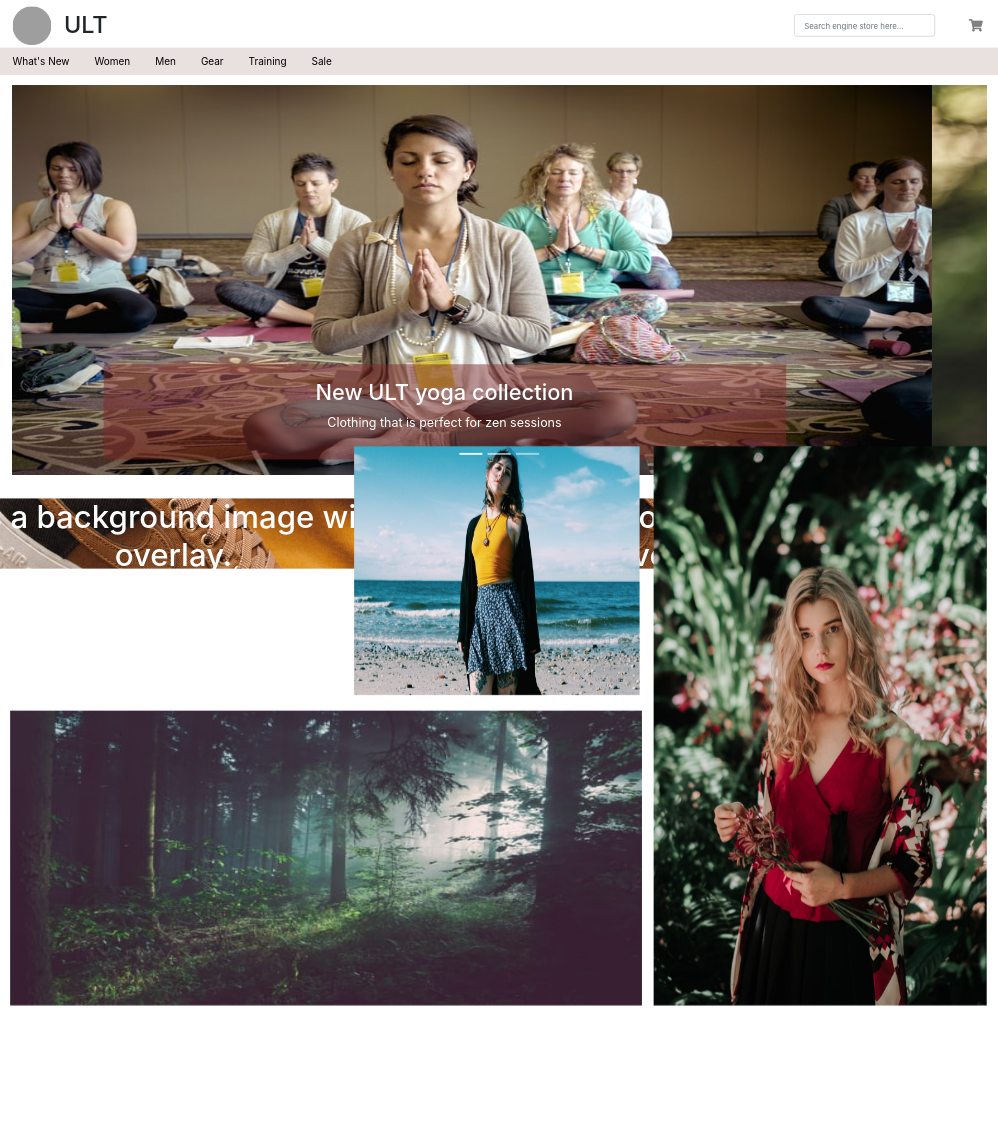
Repository: Ajtheult/Luma-Challenge-Site
Page: /
These files come from the project's save history. The page is drawn as it stood at one moment and after the next save; the edit follows.
The browser window is 1280 px wide. The pictures show the whole page, at 78% of full size.
Pictures or frames that could not be fetched are drawn as grey boxes. The project was rebuilt for these pictures with package versions that can differ from the ones it lists, and the page was loaded fresh each time.

Above is the page before, as saved 2020-08-31 11:53:13.

### public/index.html
<!DOCTYPE html>
<html lang="en">
  <head>
    <meta charset="utf-8" />
    <link rel="icon" href="%PUBLIC_URL%/favicon.ico" />
    <meta name="viewport" content="width=device-width, initial-scale=1" />
    <meta name="theme-color" content="#000000" />
    <meta
      name="description"
      content="Web site created using create-react-app"
    />

    <link rel="manifest" href="%PUBLIC_URL%/manifest.json" />
    <!-- Font Awesome -->
    <link
      rel="stylesheet"
      href="https://use.fontawesome.com/releases/v5.7.2/css/all.css"
      integrity="sha384-fnmOCqbTlWIlj8LyTjo7mOUStjsKC4pOpQbqyi7RrhN7udi9RwhKkMHpvLbHG9Sr"
      crossorigin="anonymous"
    />
    <!-- Font Awesome -->
    <title>E-complete</title>
  </head>
  <body>
    <noscript>You need to enable JavaScript to run this app.</noscript>
    <div id="root"></div>
  </body>
</html>

### src/App.js
import React from "react";

// Imported modules
import { BrowserRouter as Router, Switch, Route } from "react-router-dom";
// Imported modules

// Imported pages
import Home from "./components/layout/pages/Home";
// Imported pages

// Global css
import "./App.css";
// Global css

function App() {
  return (
    <Router>
      <div className="App">
        <Switch>
          <Route exact path="/" component={Home} />
        </Switch>
      </div>
    </Router>
  );
}

export default App;

### src/components/layout/pages/Home.js
import React from "react";
import Navbar from "../nav/Navbar";
import Container from "react-bootstrap/Container";
import Row from "react-bootstrap/Row";
import Col from "react-bootstrap/Col";
import Carousel from "react-bootstrap/Carousel";
// Images
import yoga from "../resources/yoga.jpg";
import yogatwo from "../resources/yoga-two.jpg";
import yogathree from "../resources/yoga-three.jpg";

import shoe from "../resources/shoe.jpg";
import hoodie from "../resources/hoodie.jpg";
import beach from "../resources/beach.jpg";
import garden from "../resources/garden.jpg";
import forest from "../resources/forest.jpg";

import "./Home.css";

const Home = () => {
  return (
    <div>
      <Navbar />
      <Container fluid>
        <Row>
          <Col>
            {/* Carousel */}
            <Carousel>
              <Carousel.Item>
                <img
                  className="d-block w-100 top_size"
                  src={yoga}
                  alt="First slide"
                />
                <Carousel.Caption>
                  <h3>New ULT yoga collection</h3>
                  <p>Clothing that is perfect for zen sessions</p>
                </Carousel.Caption>
              </Carousel.Item>
              <Carousel.Item>
                <img
                  className="d-block w-100 top_size"
                  src={yogatwo}
                  alt="Third slide"
                />

                <Carousel.Caption>
                  <h3>New ULT yoga collection</h3>
                  <p>Beautiful bracelets to fit the look</p>
                </Carousel.Caption>
              </Carousel.Item>
              <Carousel.Item>
                <img
                  className="d-block w-100 top_size"
                  src={yogathree}
                  alt="Third slide"
                />

                <Carousel.Caption>
                  <h3>New ULT yoga collection</h3>
                  <p>Be happy...like her...don't you wanna be happy?</p>
                </Carousel.Caption>
              </Carousel.Item>
            </Carousel>
          </Col>
        </Row>
        <Row>
          <Col>
            <div class="container bg-no-overlay">
              <div class="row text-center">
                <h1>This is a background image with NO overlay.</h1>
              </div>
            </div>
          </Col>
          <Col>
            <div class="container bg-no-overlay">
              <div class="row text-center">
                <h1>This is a background image with NO overlay.</h1>
              </div>
            </div>
            {/* <img src={shoe} alt="shoe" className="clothing_size" /> */}
          </Col>
        </Row>
        <Row>
          <Col>
            <img src={beach} alt="beach" className="middle_size" />
          </Col>
          <Col>
            <img src={garden} alt="hoodie" className="right_size" />
          </Col>
        </Row>
        <Row>
          <Col>
            <img src={forest} alt="hoodie" className="bottom_size" />
          </Col>
        </Row>
      </Container>
    </div>
  );
};

export default Home;

### src/components/layout/nav/Navbar.js
import React from "react";
import Nav from "react-bootstrap/Nav";

import Form from "react-bootstrap/Form";

import "./Navbar.css";

const Navbar = () => {
  return (
    <div>
      <Nav className="justify-content-left" activeKey="/home">
        <Nav.Link href="/home">
          <img
            src="https://images.unsplash.com/photo-1462899006636-339e08d1844e?ixlib=rb-1.2.1&ixid=eyJhcHBfaWQiOjEyMDd9&auto=format&fit=crop&w=1050&q=80"
            alt="logo"
            className="logo"
          />
        </Nav.Link>
        <h6 className="logo-text">ULT</h6>
        <Nav.Link className="search_bar">
          {" "}
          <Form>
            <Form.Row>
              <Form.Group>
                <Form.Control
                  className="search_bar"
                  type="search"
                  placeholder="Search engine store here... "
                />
              </Form.Group>
            </Form.Row>
          </Form>
        </Nav.Link>
        <Nav.Link></Nav.Link>
        <i class="fas fa-shopping-cart icon"></i>
      </Nav>
      <Nav className="justify-content-left bottom_nav" activeKey="/home">
        <Nav.Item>
          <Nav.Link href="#" className="colour_of_nav_text">
            What's New
          </Nav.Link>
        </Nav.Item>
        <Nav.Item>
          <Nav.Link href="#" className="colour_of_nav_text">
            Women
          </Nav.Link>
        </Nav.Item>
        <Nav.Item>
          <Nav.Link href="#" className="colour_of_nav_text">
            Men
          </Nav.Link>
        </Nav.Item>
        <Nav.Item>
          <Nav.Link href="#" className="colour_of_nav_text">
            Gear
          </Nav.Link>
        </Nav.Item>
        <Nav.Item>
          <Nav.Link href="#" className="colour_of_nav_text">
            Training
          </Nav.Link>
        </Nav.Item>
        <Nav.Item>
          <Nav.Link href="#" className="colour_of_nav_text">
            Sale
          </Nav.Link>
        </Nav.Item>
      </Nav>
    </div>
  );
};

export default Navbar;

### src/components/layout/pages/Home.css
.top_size {
  width: 100%;
  height: 500px;
  margin-top: 1%;
}

.bg-no-overlay {
  /* Left */
  background: url("../resources/hoodie.jpg");
  background-repeat: no-repeat;
  background-size: cover;
  background-position: center center;
  color: #fff;
  float: left;
  width: 70%;
  height: 117.5%;
  margin-top: 5%;
}

.bg-no-overlay {
  /* top */
  background: url("../resources/shoe.jpg");
  background-repeat: no-repeat;
  background-size: cover;
  background-position: center center;
  color: #fff;
  width: 132%;
  height: 67%;
  margin-top: 5%;
  float: right;
}

.middle_size {
  width: 60%;
  height: 70%;
  margin-top: -28%;
  margin-left: 72%;
  z-index: -1;
}

.right_size {
  width: 70%;
  height: 157.5%;
  margin-top: -28%;
  margin-left: 20%;
  float: right;
  z-index: -1;
}

.bottom_size {
  width: 64.8%;
  height: 150%;
  margin-top: -23%;
  margin-left: -35.5%;
  z-index: -1;
}

.carousel-caption {
  background-color: rgba(129, 41, 41, 0.493);
  width: 70%;
}

### src/components/layout/nav/Navbar.css
.bottom_nav {
  background-color: rgb(233, 224, 224);
  margin-top: -10px;
}

.colour_of_nav_text {
  color: black;
  font-size: 80%;
}

.logo {
  width: 50px;
  height: 50px;
  border-radius: 50%;
}

.logo-text {
  margin-top: 13px;
  font-size: 30px;
}

.search_bar {
  margin-left: auto;
  margin-top: 5px;
  font-size: 10px;
}

.icon {
  margin-top: 25px;
  margin-right: 20px;
  color: grey;
}

Loaded but not shown: src/index.js (common file); src/App.css (common file)

After the next save:
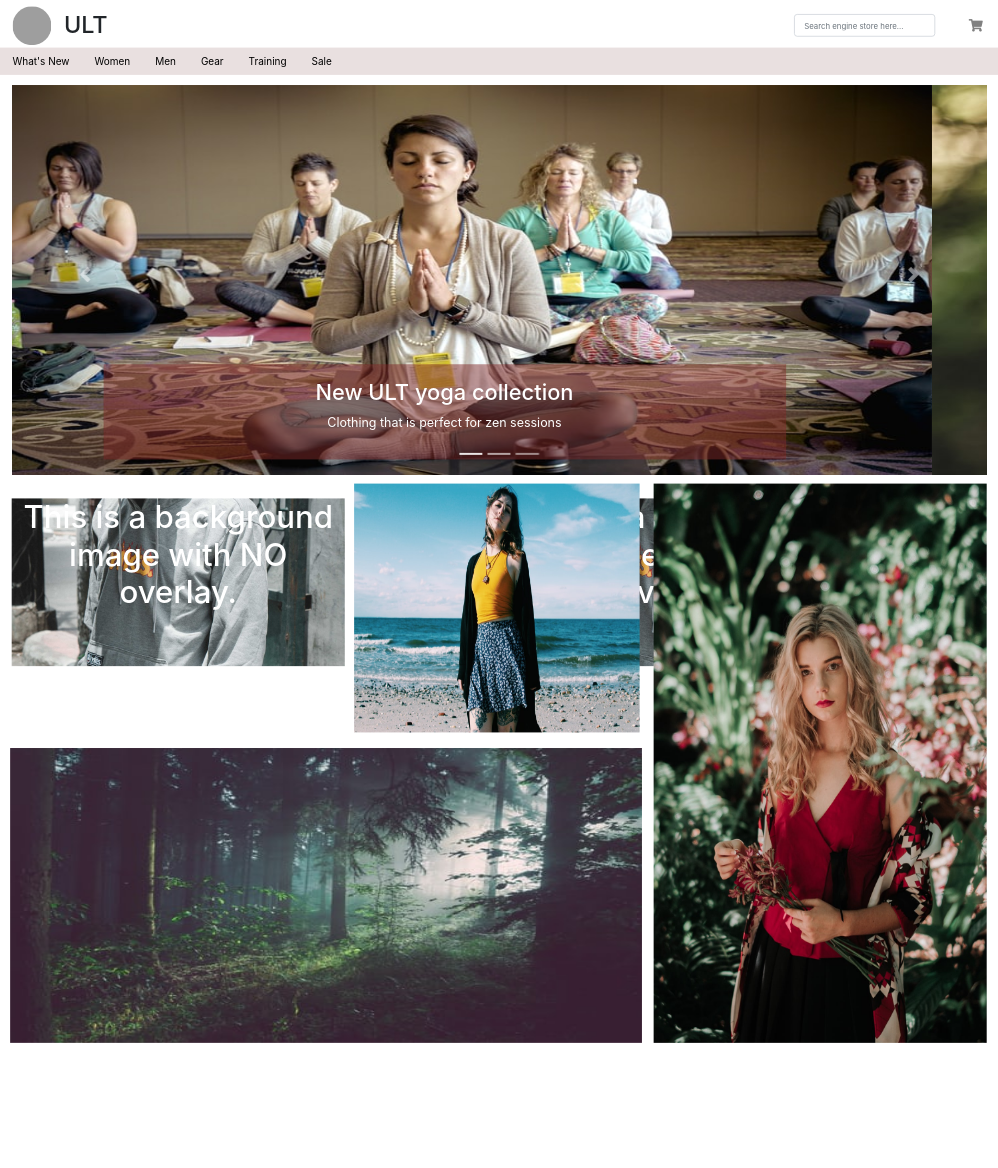
Saved 68 s later.
--- a/src/components/layout/pages/Home.css
+++ b/src/components/layout/pages/Home.css
@@ -17,7 +17,7 @@
   margin-top: 5%;
 }
 
-.bg-no-overlay {
+.bg-no-overlay-two {
   /* top */
   background: url("../resources/shoe.jpg");
   background-repeat: no-repeat;
